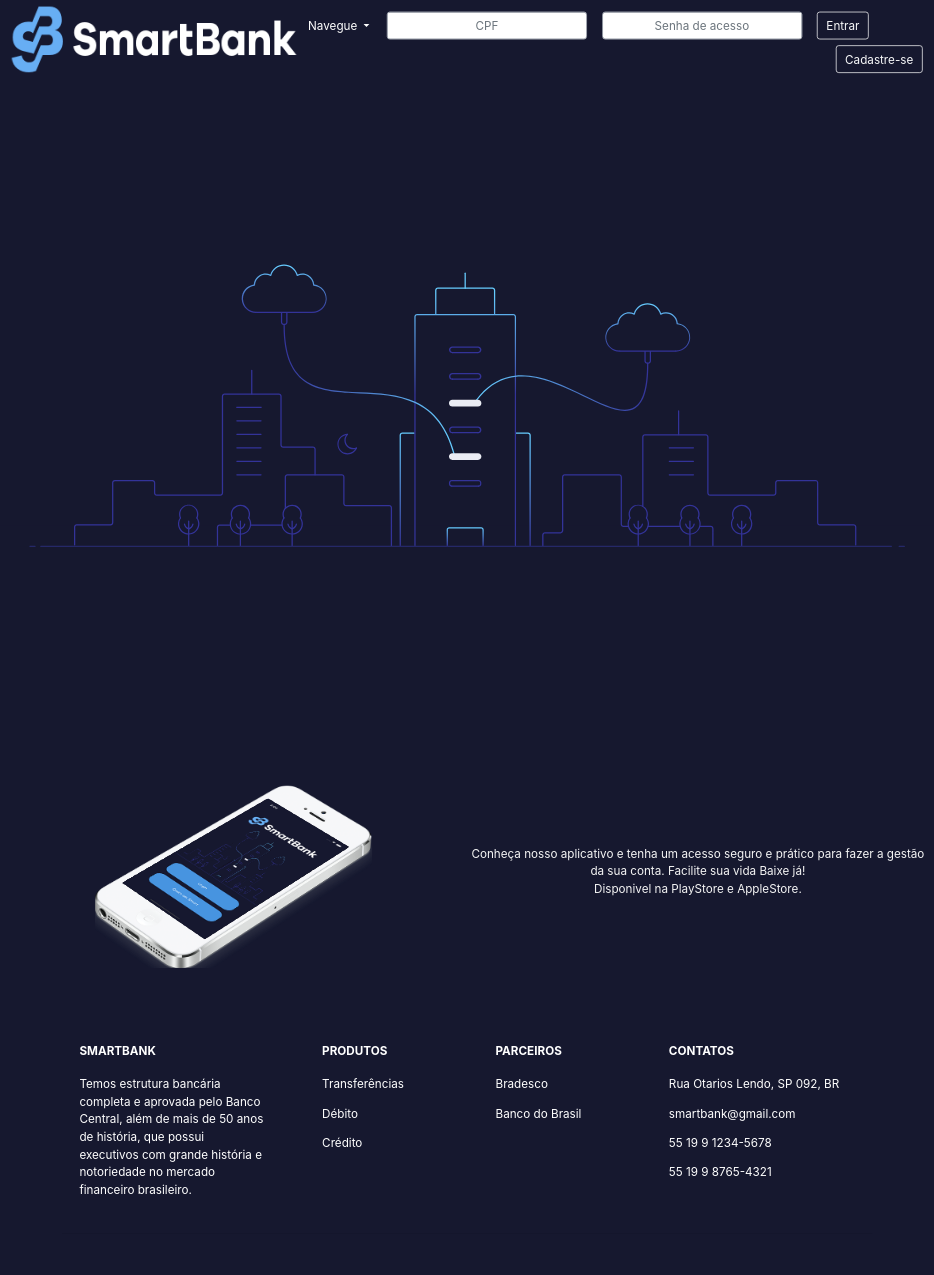
Repository: davitolentino/Mini-Projeto-SmartBank
Page: http://localhost/SmartBank/home.jsp
The author's editor kept a copy of each file at every save. The page is drawn from the files as they stood at one save, then again after the next save.
The browser window is 1280 px wide. The pictures show the whole page, at 73% of full size.
The page is served by Tomcat 9.

Above is the page before, as saved 2020-03-04 13:17:04.

After the next save:
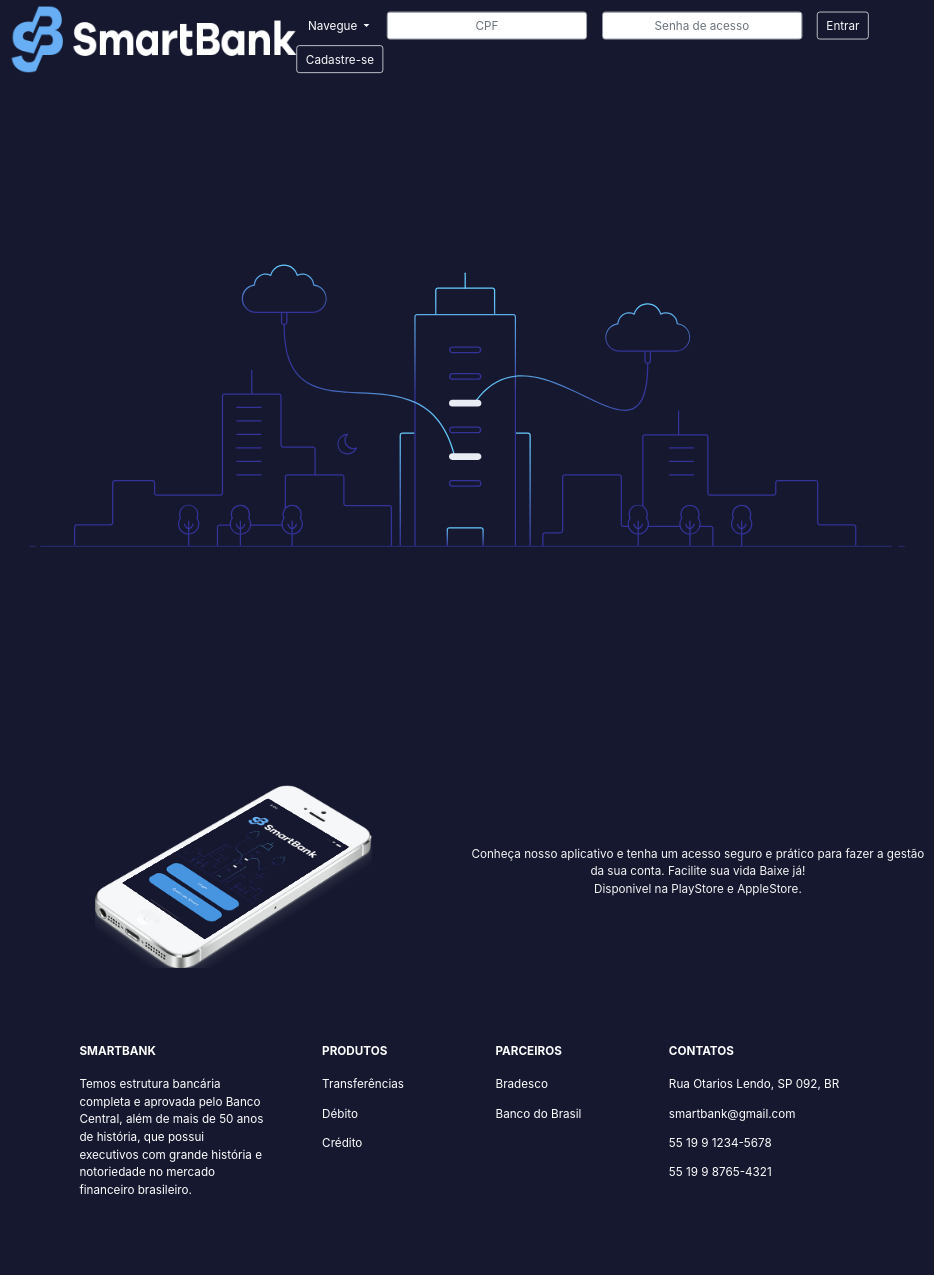
Saved 46 s later.
--- a/frontend/SmartBank/WebContent/home.jsp
+++ b/frontend/SmartBank/WebContent/home.jsp
@@ -352,7 +352,7 @@ a:link {
 						<%} %>
 					</div>
 					<%if(whois.equals("{\"nobody\":"+nb+"}")){ %>
-					<button type="button" class="btn btn-outline-light form-control ml-auto" data-toggle="modal" data-target="#ModalCadastro" id="Letreiro">Cadastre-se</button>
+					<button type="button" class="btn btn-outline-light form-control mr-auto" data-toggle="modal" data-target="#ModalCadastro" id="Letreiro">Cadastre-se</button>
 					<%} %>
 				</div>
 			</div>
